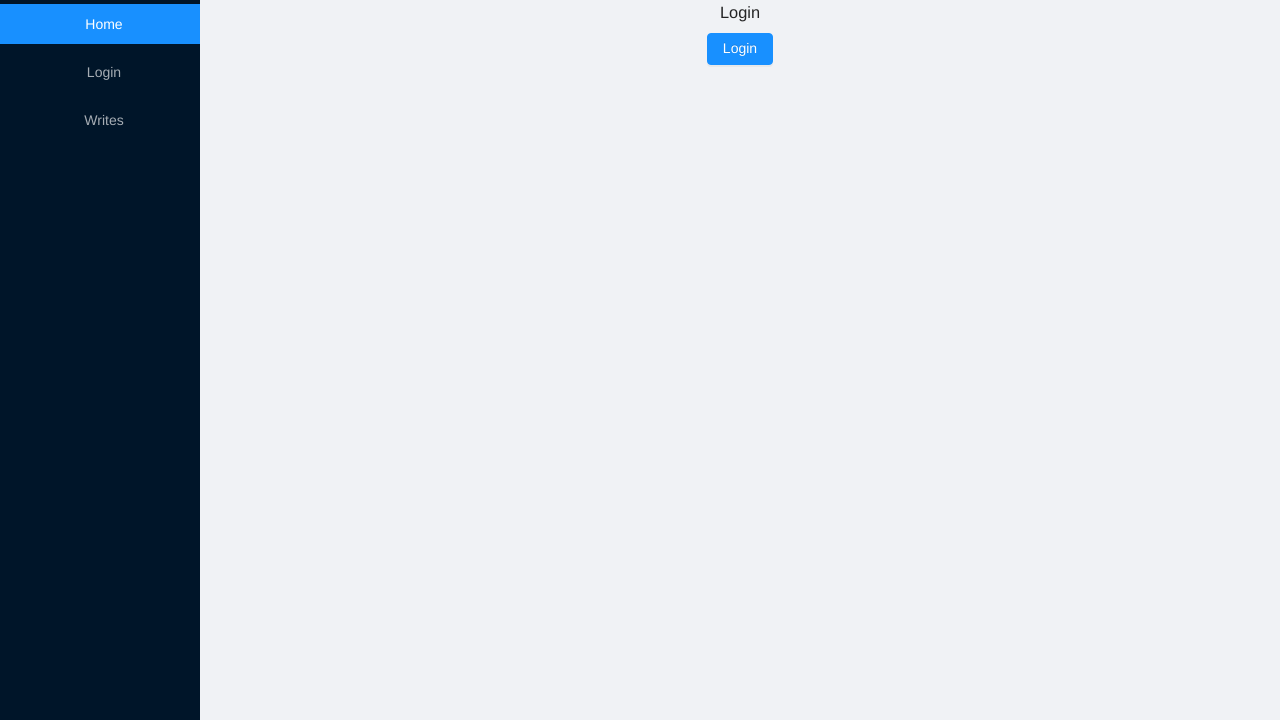
Repository: writesapp/mod
Page: /login
The author's editor kept a copy of each file at every save. The page is drawn from the files as they stood at one save, then again after the next save.
The browser window is 1280 px wide. The pictures show the whole page.
The project was rebuilt for these pictures with package versions that can differ from the ones it lists, and the page was loaded fresh each time. Also part of the build but not shown: src/views/Home.vue, src/views/Writes.vue.

Above is the page before, as saved 2020-07-09 14:32:13.

After the next save:
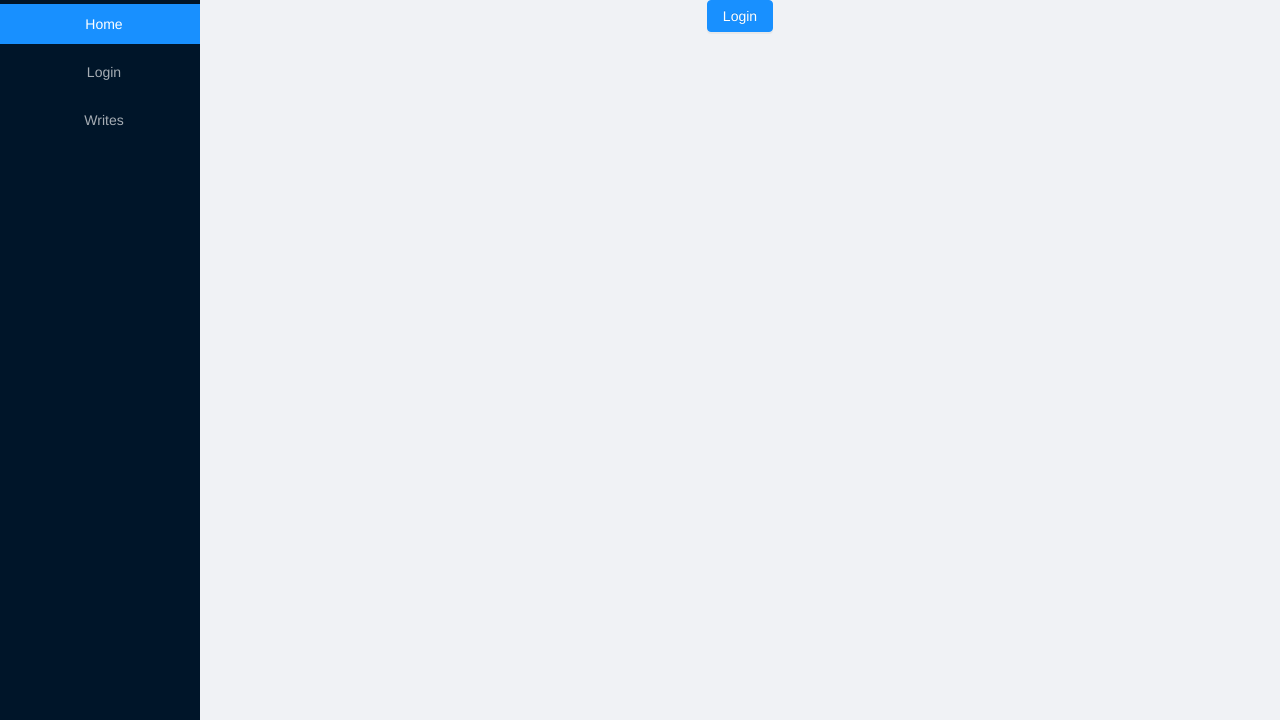
Saved 29 min 12 s later.
--- a/src/views/Login.vue
+++ b/src/views/Login.vue
@@ -1,7 +1,7 @@
 <template>
   <div class="home">
     <div class="login">
-      <h1>Login</h1>
+      <Title>Login</Title>
       <a-button type="primary" @click.native="login()">
       Login
       </a-button>

After the save that followed:
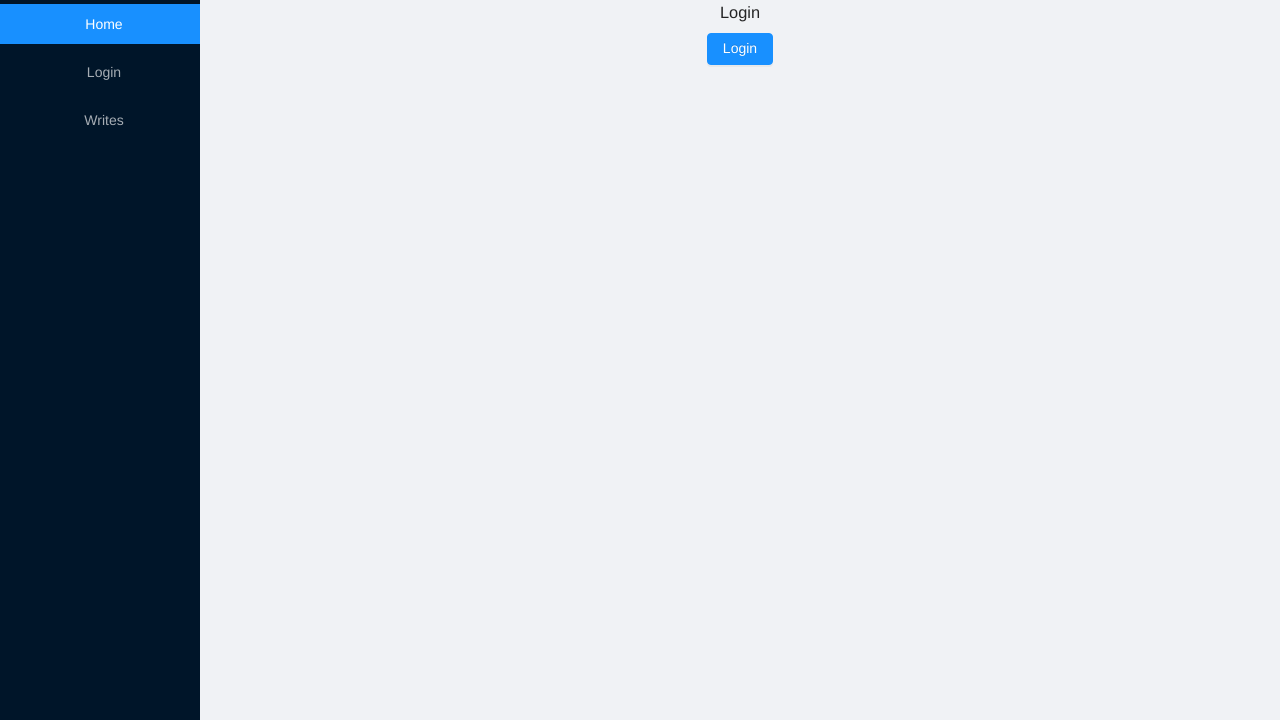
Saved 5 min 12 s later.
--- a/src/views/Login.vue
+++ b/src/views/Login.vue
@@ -1,7 +1,7 @@
 <template>
   <div class="home">
     <div class="login">
-      <Title>Login</Title>
+      <h1>Login</h1>
       <a-button type="primary" @click.native="login()">
       Login
       </a-button>
